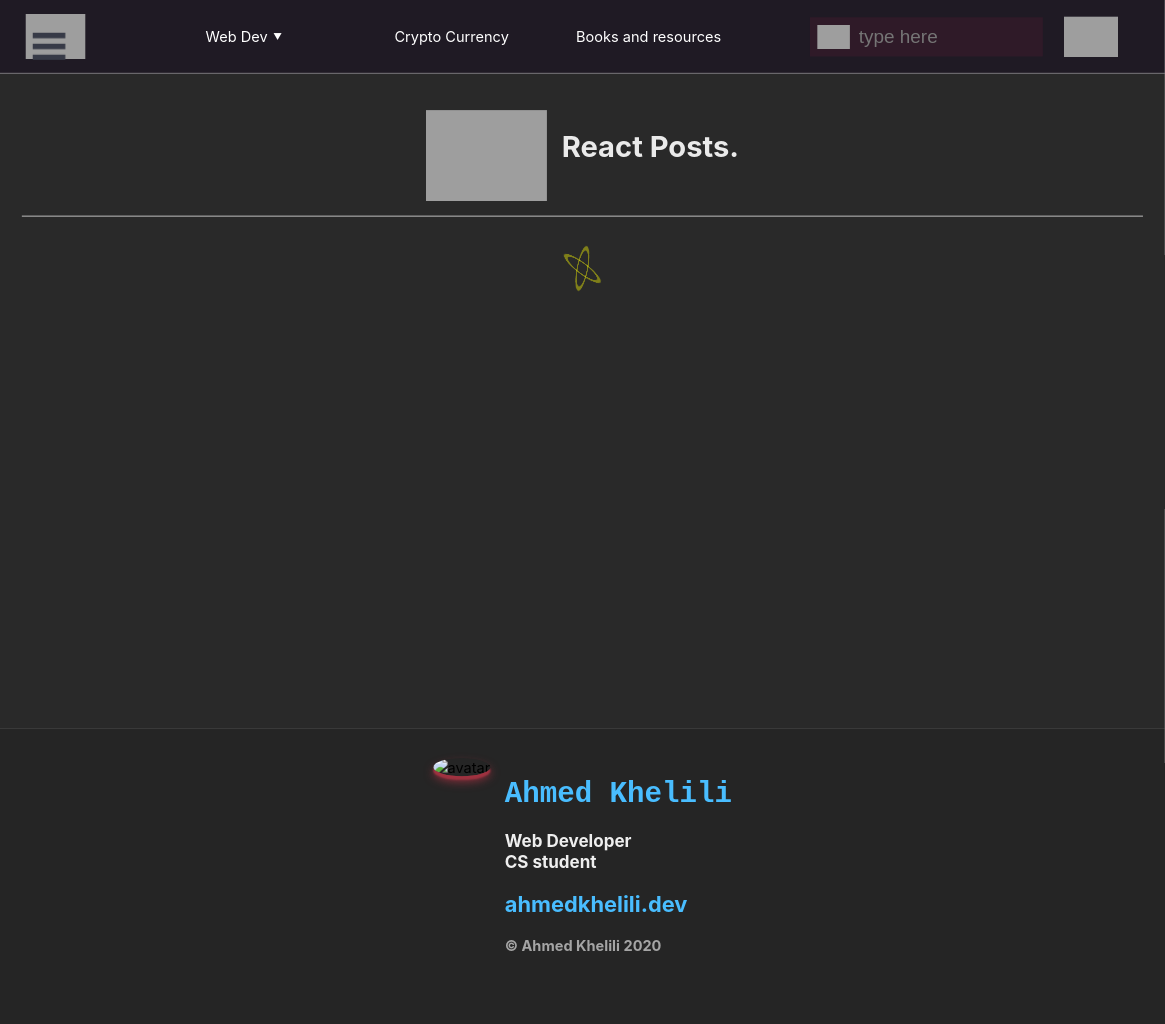
Repository: Midoukh/my-blog
Page: /WebDev/React
An editor plug-in stored every save of this project. The page is shown before and after the next save, followed by the edit.
The browser window is 1280 px wide. The pictures show the whole page, at 91% of full size.
Pictures or frames that could not be fetched are drawn as grey boxes. The page's requests for data from a server got no answer. Some web fonts or font styles are not loaded; a fallback is used. The project was rebuilt for these pictures with package versions that can differ from the ones it lists, and the page was loaded fresh each time. The framework's server and built-in components were replaced by stand-ins that run in the browser. No one was signed in, and anything a server would have sent is missing. Also part of the build but not shown: next.config.js, Components/Backdrop/Backdrop.jsx, Components/Form/Form.module.css, UI/Button/Button.module.css, UI/Button/Button.jsx, Components/Form/Form.jsx, Components/Nav/DropDown/DropDown.module.css, Components/Nav/DropDown/DropDown.jsx and 1 more.

Above is the page before, as saved 2021-12-26 22:53:51.

After the next save:
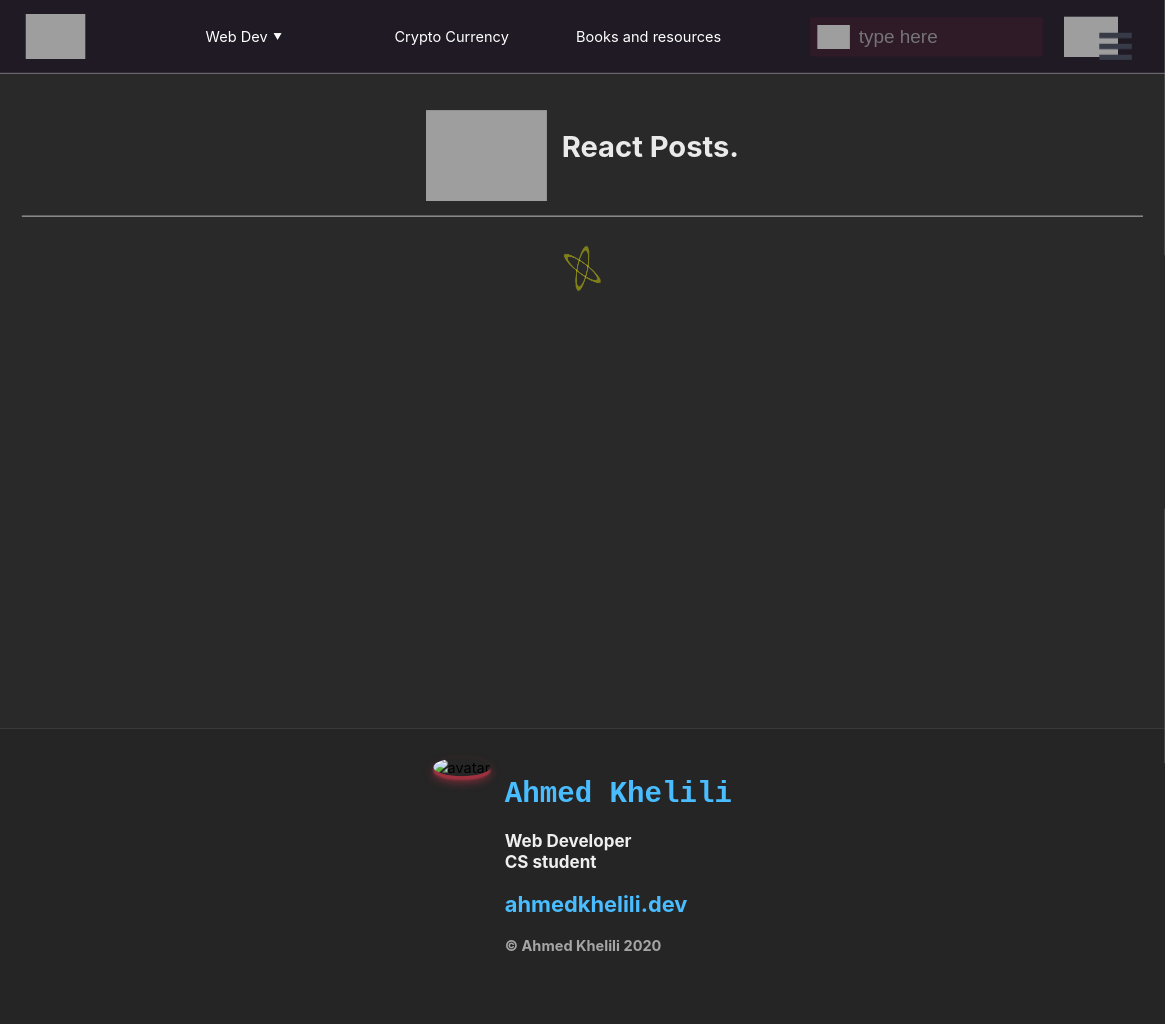
Saved 4 min 18 s later.
--- a/styles/globals.css
+++ b/styles/globals.css
@@ -19,7 +19,7 @@
   position: fixed;
   width: 36px;
   height: 30px;
-  left: 36px;
+  right: 36px;
   top: 36px;
 }
 
